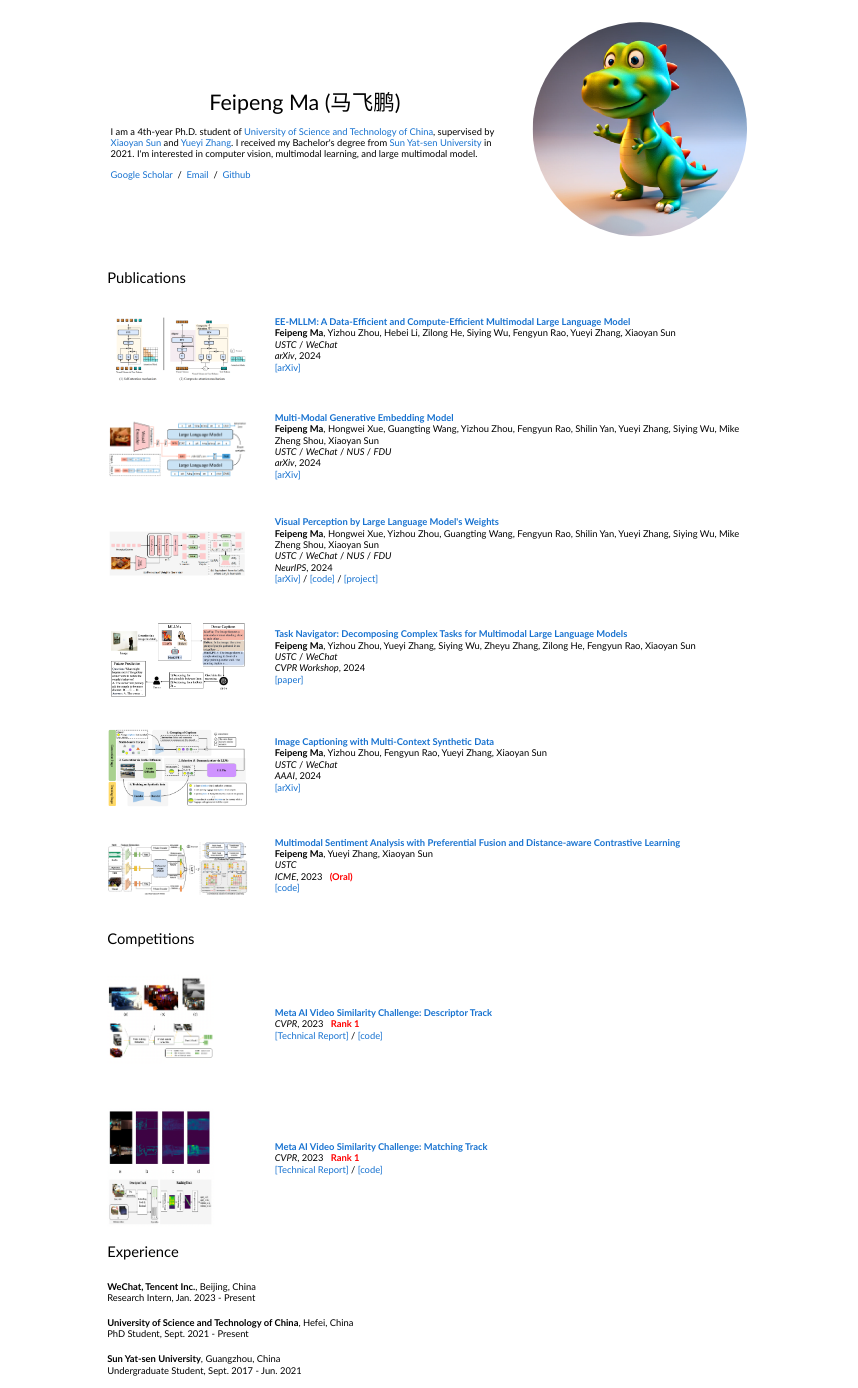
Repository: FeipengMa6/FeipengMa6.github.io
Page: index.html
The author's editor kept a copy of each file at every save. The page is drawn from the files as they stood at one save, then again after the next save.
The browser window is 1280 px wide. The pictures show the whole page, at 67% of full size.

Above is the page before, as saved 2024-10-11 17:42:51.

### index.html
<!DOCTYPE HTML>
<html lang="en">
  <head>
    <meta http-equiv="Content-Type" content="text/html; charset=UTF-8">
    <title>Feipeng Ma</title>
    <meta name="viewport" content="width=device-width, initial-scale=1">
    <link rel="stylesheet" type="text/css" href="stylesheet.css">
  </head>

  <body>
    <table style="width:100%;max-width:1000px;border:0px;border-spacing:0px;border-collapse:separate;margin-right:auto;margin-left:auto;"><tbody>
      <tr style="padding:0px">
        <td style="padding:0px">
          <table style="width:100%;border:0px;border-spacing:0px;border-collapse:separate;margin-right:auto;margin-left:auto;"><tbody>
            <tr style="padding:0px">
              <td style="padding:2.5%;width:63%;vertical-align:middle">
                <p class="name" style="text-align: center;">
                  Feipeng Ma (马飞鹏)
                </p>
                <p>I am a 4th-year Ph.D. student of <a href="https://en.ustc.edu.cn/">University of Science and Technology of China</a>, supervised by <a href="https://scholar.google.com/citations?user=VRG3dw4AAAAJ&hl=zh-CN">Xiaoyan Sun</a> and <a href="https://scholar.google.com/citations?user=LatWlFAAAAAJ&hl=zh-CN&oi=ao">Yueyi Zhang</a>.
                  I received my Bachelor's degree from <a href="https://www.sysu.edu.cn/sysuen/">Sun Yat-sen University</a> in 2021.
                  I'm interested in computer vision, multimodal learning, and large multimodal model.
                </p>
                <p style="text-align:left">
                  <a href="https://scholar.google.com/citations?user=ZDxabCwAAAAJ&hl=zh-CN&oi=ao">Google Scholar</a> &nbsp;/&nbsp;
                  <a href="mafp@mail.ustc.edu.cn">Email</a> &nbsp;/&nbsp;
                  <a href="https://github.com/FeipengMa6/">Github</a>
                </p>
              </td>
              <td style="padding:2.5%;width:40%;max-width:40%">
                <a href="images/feipengma.jpeg"><img style="width:100%;max-width:100%;object-fit: cover; border-radius: 50%;" alt="profile photo" src="images/dino.png" class="hoverZoomLink"></a>
              </td>
            </tr>
          </tbody></table>
          <table style="width:100%;border:0px;border-spacing:0px;border-collapse:separate;margin-right:auto;margin-left:auto;"><tbody>
              <tr>
              <td style="padding:20px;width:100%;vertical-align:middle">
                <h2>Publications</h2>
              </td>
            </tr>
          </tbody></table>
          <table style="width:100%;border:0px;border-spacing:0px;border-collapse:separate;margin-right:auto;margin-left:auto;"><tbody>

    <!-- EE-MLLM -->
    <tr>
      <td style="padding:20px;width:25%;vertical-align:middle">
        <div class="one;">
          <img src='images/EE-MLLM.png' width=100%; height="auto">
        </div>
      </td>
      <td style="padding:20px;width:75%;vertical-align:middle">
        <a href="https://arxiv.org/pdf/2408.11795">
          <span class="papertitle">EE-MLLM: A Data-Efficient and Compute-Efficient Multimodal Large Language Model</span>
        </a>
        <br>
        <strong>Feipeng Ma</strong>,
        Yizhou Zhou, Hebei Li, Zilong He, Siying Wu,
        Fengyun Rao, Yueyi Zhang, Xiaoyan Sun
        <br>
        <em>USTC</em> / <em>WeChat</em>
        <br>
        <em>arXiv</em>, 2024
        <br>
        <a href="https://arxiv.org/pdf/2408.11795">[arXiv]</a>
        <p></p>
      </td>
    </tr>

    <!-- MM-GEM -->
    <tr>
      <td style="padding:20px;width:25%;vertical-align:middle">
        <div class="one;">
          <img src='images/mm-gem.png' width=100%; height="auto">
        </div>
      </td>
      <td style="padding:20px;width:75%;vertical-align:middle">
        <a href="https://arxiv.org/pdf/2405.19333">
          <span class="papertitle">Multi-Modal Generative Embedding Model</span>
        </a>
        <br>
        <strong>Feipeng Ma</strong>,
        Hongwei Xue, Guangting Wang, Yizhou Zhou, Fengyun Rao, Shilin Yan, Yueyi Zhang, Siying Wu, Mike Zheng Shou, Xiaoyan Sun
        <br>
        <em>USTC</em> / <em>WeChat</em> / <em>NUS</em> / <em>FDU</em>
        <br>
        <em>arXiv</em>, 2024
        <br>
        <a href="https://arxiv.org/pdf/2405.19333">[arXiv]</a>
        <p></p>
      </td>
    </tr>

    <!-- VLoRA -->
    <tr>
      <td style="padding:20px;width:25%;vertical-align:middle">
        <div class="one;">
          <img src='images/vlora.png' width=100%; height="auto">
        </div>
      </td>
      <td style="padding:20px;width:75%;vertical-align:middle">
        <a href="https://arxiv.org/pdf/2405.20339">
          <span class="papertitle">Visual Perception by Large Language Model's Weights</span>
        </a>
        <br>
        <strong>Feipeng Ma</strong>,
        Hongwei Xue, Yizhou Zhou, Guangting Wang, Fengyun Rao, Shilin Yan, Yueyi Zhang, Siying Wu, Mike Zheng Shou, Xiaoyan Sun
        <br>
        <em>USTC</em> / <em>WeChat</em> / <em>NUS</em> / <em>FDU</em>
        <br>
        <em>NeurIPS</em>, 2024
        <br>
        <a href="https://arxiv.org/pdf/2405.20339">[arXiv]</a>
        /
        <a href="https://github.com/FeipengMa6/VLoRA">[code]</a>
        /
        <a href="https://feipengma6.github.io/vlora">[project]</a>
        <p></p>
      </td>
    </tr>

    <!-- Task Navigator -->
    <tr>
      <td style="padding:20px;width:25%;vertical-align:middle">
        <div class="one;">
          <img src='images/task-navigator.png' width=100%; height="auto">
        </div>
      </td>
      <td style="padding:20px;width:75%;vertical-align:middle">
        <a href="https://arxiv.org/pdf/2305.18072.pdf">
          <span class="papertitle">Task Navigator: Decomposing Complex Tasks for Multimodal Large Language Models</span>
        </a>
        <br>
        <strong>Feipeng Ma</strong>,
        Yizhou Zhou, Yueyi Zhang, Siying Wu, Zheyu Zhang, Zilong He, Fengyun Rao, Xiaoyan Sun
        <br>
        <em>USTC</em> / <em>WeChat</em>
        <br>
        <em>CVPR Workshop</em>, 2024
        <br>
        <a href="https://openaccess.thecvf.com/content/CVPR2024W/MAR/papers/Ma_Task_Navigator_Decomposing_Complex_Tasks_for_Multimodal_Large_Language_Models_CVPRW_2024_paper.pdf">[paper]</a>
        <p></p>
      </td>
    </tr>

    <!-- ICSD -->
    <tr>
      <td style="padding:20px;width:25%;vertical-align:middle">
        <div class="one;">
          <img src='images/ICSD.png' width=100%; height="auto">
        </div>
      </td>
      <td style="padding:20px;width:75%;vertical-align:middle">
        <a href="https://arxiv.org/pdf/2305.18072.pdf">
          <span class="papertitle">Image Captioning with Multi-Context Synthetic Data</span>
        </a>
        <br>
        <strong>Feipeng Ma</strong>,
        Yizhou Zhou, Fengyun Rao, Yueyi Zhang, Xiaoyan Sun
        <br>
        <em>USTC</em> / <em>WeChat</em>
        <br>
        <em>AAAI</em>, 2024
        <br>
        <a href="https://arxiv.org/abs/2312.07541">[arXiv]</a>

        <p></p>
        <!-- <p>
          We propose a pipeline called ICSD that generates multi-context training data by combining LLMs and diffusion
          models for image captioning.
        </p> -->
      </td>
    </tr>

    <!-- PriSA -->
    <tr>
      <td style="padding:20px;width:25%;vertical-align:middle">
        <div class="one;">
          <img src='images/PriSA.png' width="100%"; height="auto">
        </div>
      </td>
      <td style="padding:20px;width:75%;vertical-align:middle">
        <a href="https://arxiv.org/abs/2006.04902">
          <span class="papertitle">Multimodal Sentiment Analysis with Preferential Fusion and Distance-aware Contrastive Learning</span>
        </a>
        <br>
        <strong>Feipeng Ma</strong>,
        Yueyi Zhang, Xiaoyan Sun
        <br>
        <em>USTC</em>
        <br>
        <em>ICME</em>, 2023 &nbsp <font color="red"><strong>(Oral)</strong></font>
        <br>
        <a href="https://github.com/FeipengMa6/PriSA">[code]</a>
        <br>
        <p></p>
        <p>
          <!-- We address the issue that an excessive reliance on the text modality may lead to the learning of false correlations between textual tokens and sentiment labels, resulting in errors in sentiment analysis. -->
        </p>
      </td>
    </tr>



    <table style="width:100%;border:0px;border-spacing:0px;border-collapse:separate;margin-right:auto;margin-left:auto;"><tbody>
      <tr>
      <td style="padding:20px;width:100%;vertical-align:middle">
        <h2>Competitions</h2>
      </td>
    </tr>
  </tbody></table>
  <table style="width:100%;border:0px;border-spacing:0px;border-collapse:separate;margin-right:auto;margin-left:auto;"><tbody>

    <tr>
      <td style="padding:20px;width:25%;vertical-align:middle">
        <div class="one">
            <img src='images/VSC_Descriptor.png' width="100%"; height="auto"></div>
      </td>
      <td style="padding:20px;width:75%;vertical-align:middle">
        <a href="https://arxiv.org/abs/2006.04902">
          <span class="papertitle">Meta AI Video Similarity Challenge: Descriptor Track</span>
        </a>


        <br>
        <em>CVPR</em>, 2023 &nbsp <font color="red"><strong>Rank 1</strong></font>
        <br>
        <a href="https://arxiv.org/pdf/2305.12361.pdf">[Technical Report]</a>
        /
        <a href="https://github.com/FeipengMa6/VSC22-Submission">[code]</a>
        <!-- / -->
        <!-- <a href="https://www.youtube.com/watch?v=zhO8iUBpnCc">video</a> -->
        <br>
        <p></p>

      </td>
    </tr>


    <tr>
      <td style="padding:20px;width:25%;vertical-align:middle">
        <div class="one">
            <img src='images/VSC_Matching.png' width="100%"; height="auto"></div>
      </td>
      <td style="padding:20px;width:75%;vertical-align:middle">
        <a href="https://arxiv.org/abs/2006.04902">
          <span class="papertitle">Meta AI Video Similarity Challenge: Matching Track</span>
        </a>


        <br>
        <em>CVPR</em>, 2023 &nbsp <font color="red"><strong>Rank 1</strong></font>
        <br>
        <a href="https://arxiv.org/pdf/2305.15679.pdf">[Technical Report]</a>
        /
        <a href="https://github.com/FeipengMa6/VSC22-Submission">[code]</a>
        <!-- / -->
        <!-- <a href="https://www.youtube.com/watch?v=zhO8iUBpnCc">video</a> -->
        <br>
        <p></p>

      </td>
    </tr>

    <table style="width:100%;border:0px;border-spacing:0px;border-collapse:separate;margin-right:auto;margin-left:auto;"><tbody></tbody>
      <tr>
      <td style="padding:20px;width:100%;vertical-align:middle">
        <h2>Experience</h2>
      </td>
    </tr>
  </tbody></table>
  <table style="width:100%;border:0px;border-spacing:0px;border-collapse:separate;margin-right:auto;margin-left:auto;"><tbody>

  <tr>
    <td style="padding:10px 20px;vertical-align:middle">
      <strong>WeChat, Tencent Inc.</strong>, Beijing, China
      <br>
      Research Intern, Jan. 2023 - Present
    </td>
  </tr>

  <tr></tr>
    <td style="padding:10px 20px;vertical-align:middle">
      <strong>University of Science and Technology of China</strong>, Hefei, China
      <br>
      PhD Student, Sept. 2021 - Present
    </td>
  </tr>

  <tr></tr>
    <td style="padding:10px 20px;vertical-align:middle">
      <strong>Sun Yat-sen University</strong>, Guangzhou, China
      <br>
      Undergraduate Student, Sept. 2017 - Jun. 2021
    </td>
  </tr>

### stylesheet.css
/* latin-ext */
@font-face {
  font-family: 'Lato';
  font-style: italic;
  font-weight: 400;
  src: local('Lato Italic'), local('Lato-Italic'), url(https://fonts.gstatic.com/s/lato/v15/S6u8w4BMUTPHjxsAUi-qNiXg7eU0.woff2) format('woff2');
  unicode-range: U+0100-024F, U+0259, U+1E00-1EFF, U+2020, U+20A0-20AB, U+20AD-20CF, U+2113, U+2C60-2C7F, U+A720-A7FF;
}
/* latin */
@font-face {
  font-family: 'Lato';
  font-style: italic;
  font-weight: 400;
  src: local('Lato Italic'), local('Lato-Italic'), url(https://fonts.gstatic.com/s/lato/v15/S6u8w4BMUTPHjxsAXC-qNiXg7Q.woff2) format('woff2');
  unicode-range: U+0000-00FF, U+0131, U+0152-0153, U+02BB-02BC, U+02C6, U+02DA, U+02DC, U+2000-206F, U+2074, U+20AC, U+2122, U+2191, U+2193, U+2212, U+2215, U+FEFF, U+FFFD;
}
/* latin-ext */
@font-face {
  font-family: 'Lato';
  font-style: italic;
  font-weight: 700;
  src: local('Lato Bold Italic'), local('Lato-BoldItalic'), url(https://fonts.gstatic.com/s/lato/v15/S6u_w4BMUTPHjxsI5wq_FQftx9897sxZ.woff2) format('woff2');
  unicode-range: U+0100-024F, U+0259, U+1E00-1EFF, U+2020, U+20A0-20AB, U+20AD-20CF, U+2113, U+2C60-2C7F, U+A720-A7FF;
}
/* latin */
@font-face {
  font-family: 'Lato';
  font-style: italic;
  font-weight: 700;
  src: local('Lato Bold Italic'), local('Lato-BoldItalic'), url(https://fonts.gstatic.com/s/lato/v15/S6u_w4BMUTPHjxsI5wq_Gwftx9897g.woff2) format('woff2');
  unicode-range: U+0000-00FF, U+0131, U+0152-0153, U+02BB-02BC, U+02C6, U+02DA, U+02DC, U+2000-206F, U+2074, U+20AC, U+2122, U+2191, U+2193, U+2212, U+2215, U+FEFF, U+FFFD;
}
/* latin-ext */
@font-face {
  font-family: 'Lato';
  font-style: normal;
  font-weight: 400;
  src: local('Lato Regular'), local('Lato-Regular'), url(https://fonts.gstatic.com/s/lato/v15/S6uyw4BMUTPHjxAwXiWtFCfQ7A.woff2) format('woff2');
  unicode-range: U+0100-024F, U+0259, U+1E00-1EFF, U+2020, U+20A0-20AB, U+20AD-20CF, U+2113, U+2C60-2C7F, U+A720-A7FF;
}
/* latin */
@font-face {
  font-family: 'Lato';
  font-style: normal;
  font-weight: 400;
  src: local('Lato Regular'), local('Lato-Regular'), url(https://fonts.gstatic.com/s/lato/v15/S6uyw4BMUTPHjx4wXiWtFCc.woff2) format('woff2');
  unicode-range: U+0000-00FF, U+0131, U+0152-0153, U+02BB-02BC, U+02C6, U+02DA, U+02DC, U+2000-206F, U+2074, U+20AC, U+2122, U+2191, U+2193, U+2212, U+2215, U+FEFF, U+FFFD;
}
/* latin-ext */
@font-face {
  font-family: 'Lato';
  font-style: normal;
  font-weight: 700;
  src: local('Lato Bold'), local('Lato-Bold'), url(https://fonts.gstatic.com/s/lato/v15/S6u9w4BMUTPHh6UVSwaPGQ3q5d0N7w.woff2) format('woff2');
  unicode-range: U+0100-024F, U+0259, U+1E00-1EFF, U+2020, U+20A0-20AB, U+20AD-20CF, U+2113, U+2C60-2C7F, U+A720-A7FF;
}
/* latin */
@font-face {
  font-family: 'Lato';
  font-style: normal;
  font-weight: 700;
  src: local('Lato Bold'), local('Lato-Bold'), url(https://fonts.gstatic.com/s/lato/v15/S6u9w4BMUTPHh6UVSwiPGQ3q5d0.woff2) format('woff2');
  unicode-range: U+0000-00FF, U+0131, U+0152-0153, U+02BB-02BC, U+02C6, U+02DA, U+02DC, U+2000-206F, U+2074, U+20AC, U+2122, U+2191, U+2193, U+2212, U+2215, U+FEFF, U+FFFD;
}

a {
  color: #1772d0;
  text-decoration: none;
}

a:focus,
a:hover {
  color: #f09228;
  text-decoration: none;
}

body,
td,
th,
tr,
p,
a {
  font-family: 'Lato', Verdana, Helvetica, sans-serif;
  font-size: 14px;
}

strong {
  font-family: 'Lato', Verdana, Helvetica, sans-serif;
  font-size: 14px;
}

h2 {
  margin: 0;
  font-weight: normal;
  font-family: 'Lato', Verdana, Helvetica, sans-serif;
  font-size: 22px;
}

.papertitle {
  font-family: 'Lato', Verdana, Helvetica, sans-serif;
  font-size: 14px;
  font-weight: 700;
}

.name {
  padding-top: 20px;
  margin: 0;
  font-family: 'Lato', Verdana, Helvetica, sans-serif;
  font-size: 32px;
}

.one {
  width: 160px;
  height: 160px;
  position: relative;
}

.two {
  width: 160px;
  height: 160px;
  position: absolute;
  transition: opacity .2s ease-in-out;
  -moz-transition: opacity .2s ease-in-out;
  -webkit-transition: opacity .2s ease-in-out;
}

.fade {
  transition: opacity .2s ease-in-out;
  -moz-transition: opacity .2s ease-in-out;
  -webkit-transition: opacity .2s ease-in-out;
}

span.highlight {
  background-color: #ffffd0;
}

After the next save:
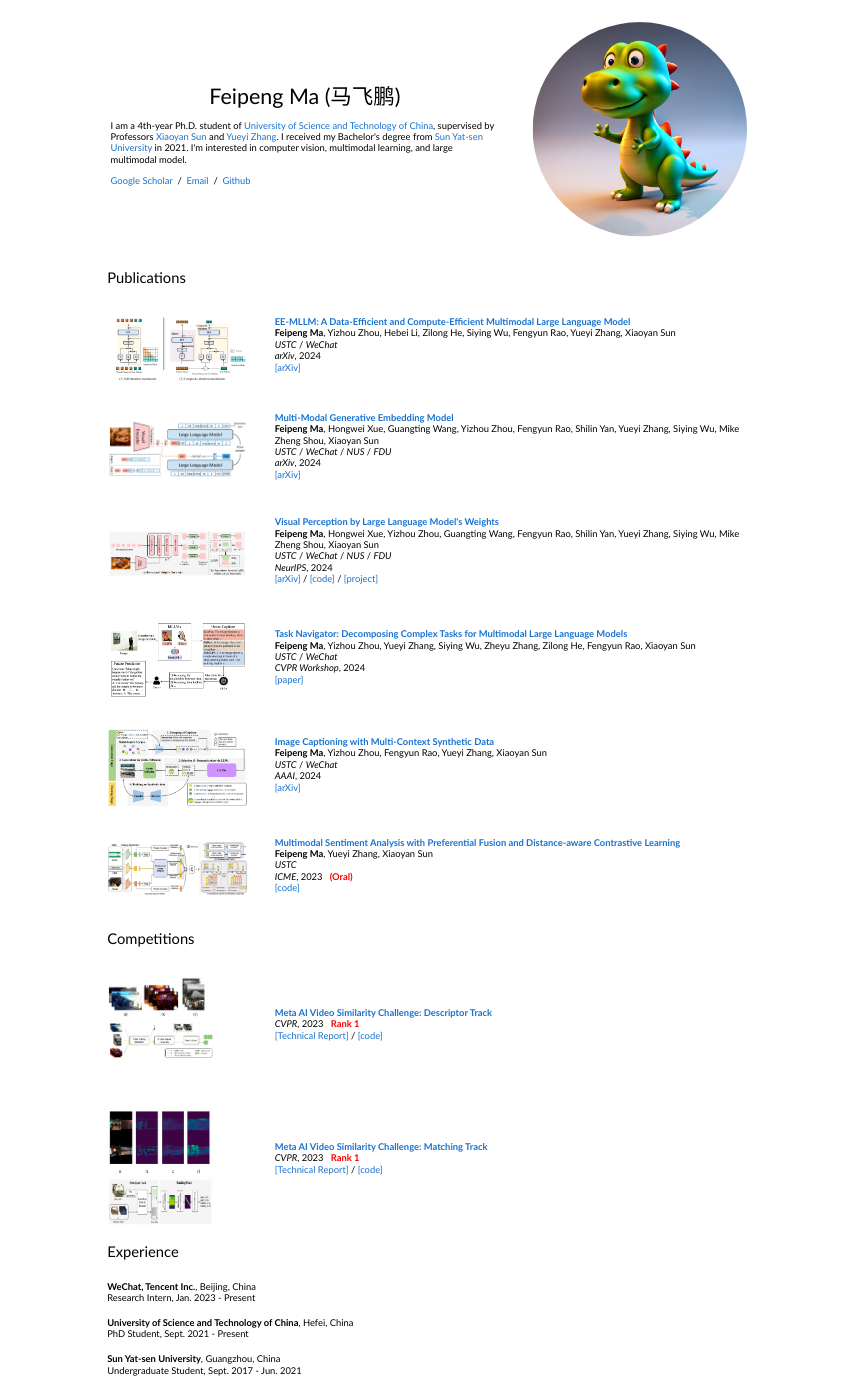
Saved 41 s later.
--- a/index.html
+++ b/index.html
@@ -17,7 +17,7 @@
                 <p class="name" style="text-align: center;">
                   Feipeng Ma (马飞鹏)
                 </p>
-                <p>I am a 4th-year Ph.D. student of <a href="https://en.ustc.edu.cn/">University of Science and Technology of China</a>, supervised by <a href="https://scholar.google.com/citations?user=VRG3dw4AAAAJ&hl=zh-CN">Xiaoyan Sun</a> and <a href="https://scholar.google.com/citations?user=LatWlFAAAAAJ&hl=zh-CN&oi=ao">Yueyi Zhang</a>.
+                <p>I am a 4th-year Ph.D. student of <a href="https://en.ustc.edu.cn/">University of Science and Technology of China</a>, supervised by Professors <a href="https://scholar.google.com/citations?user=VRG3dw4AAAAJ&hl=zh-CN">Xiaoyan Sun</a> and <a href="https://scholar.google.com/citations?user=LatWlFAAAAAJ&hl=zh-CN&oi=ao">Yueyi Zhang</a>.
                   I received my Bachelor's degree from <a href="https://www.sysu.edu.cn/sysuen/">Sun Yat-sen University</a> in 2021.
                   I'm interested in computer vision, multimodal learning, and large multimodal model.
                 </p>
